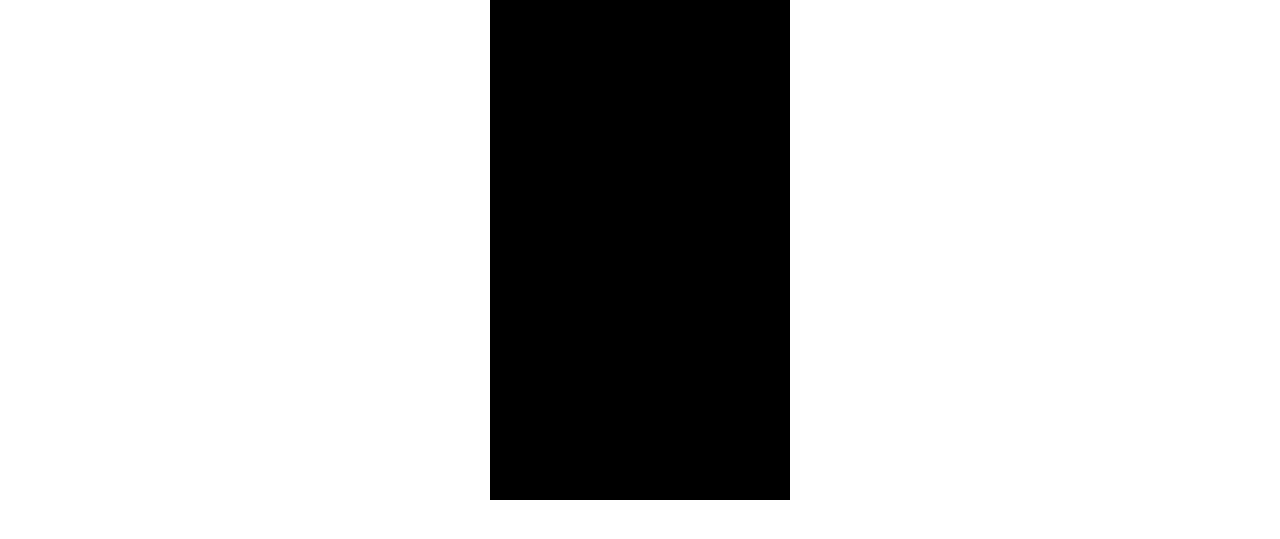
Repository: longNT0dev/C4E132
Page: SS4/index.html
These files come from the project's save history. The page is drawn as it stood at one moment and after a run of saves; the edit follows.
The browser window is 1280 px wide. The pictures show the whole page.

Above is the page before, as saved 2022-10-02 21:18:41.

### SS4/index.html
<!DOCTYPE html>
<html lang="en">
  <head>
    <meta charset="UTF-8" />
    <meta http-equiv="X-UA-Compatible" content="IE=edge" />
    <meta name="viewport" content="width=device-width, initial-scale=1.0" />
    <link rel="stylesheet" href="style.css" />
    <title>Document</title>
  </head>
  <body>
    <div class="container">

      <div class="overlay">

        <div class="overlay-information">
          <img src="" />
          <div class="content">
            <h5></h5>
            <span></span>
          </div>
        </div>

        <div class="overlay-loading"></div>

      </div>
    </div>
  </body>
</html>

### SS4/style.css
* {
    margin: 0;
    padding: 0;
    box-sizing: border-box;
}

.container {
    width: 300px;
    height: 500px;
    background-color: black;
    margin: 0px auto
}

After the next 2 saves:
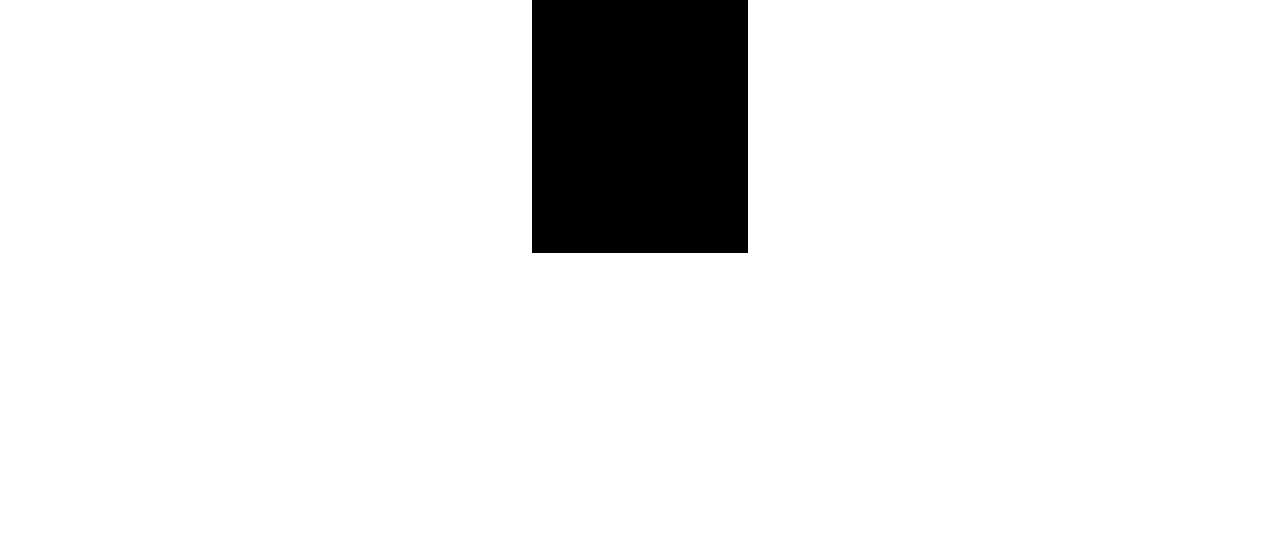
The 2 saves are shown as one change because they came seconds apart.
The last was saved 106 s later.
--- a/SS4/style.css
+++ b/SS4/style.css
@@ -5,8 +5,8 @@
 }
 
 .container {
-    width: 300px;
-    height: 500px;
+    width: 216px;
+    height: 253px;
     background-color: black;
     margin: 0px auto
 }
